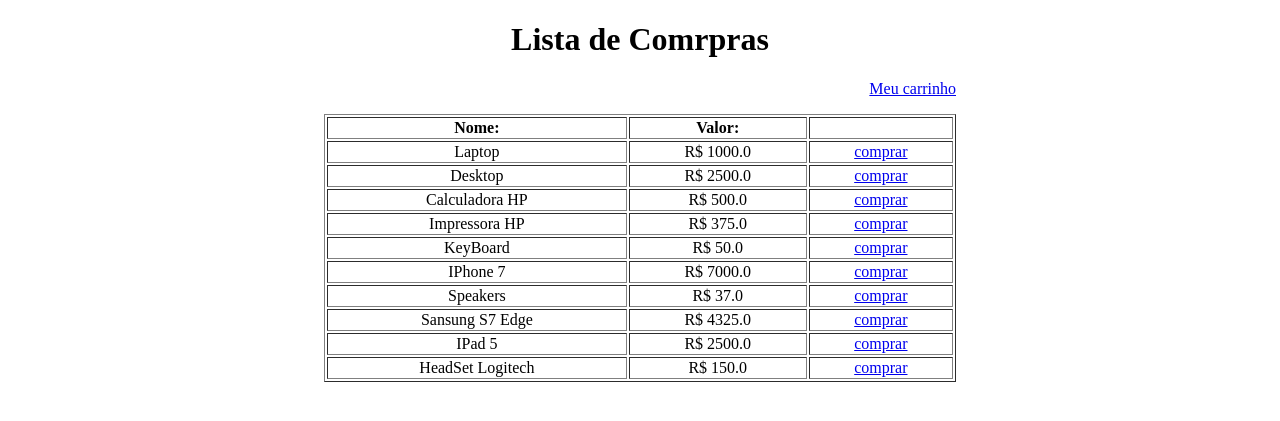
Repository: yoda4ever/playground
Page: http://localhost/CarrinhoDeCompras/Listar
An editor plug-in stored every save of this project. The page is shown before and after the next save, followed by the edit.
The browser window is 1280 px wide. The pictures show the whole page.
The page is served by Tomcat 9.

Above is the page before, as saved 2017-05-06 11:48:00.

After the next save:
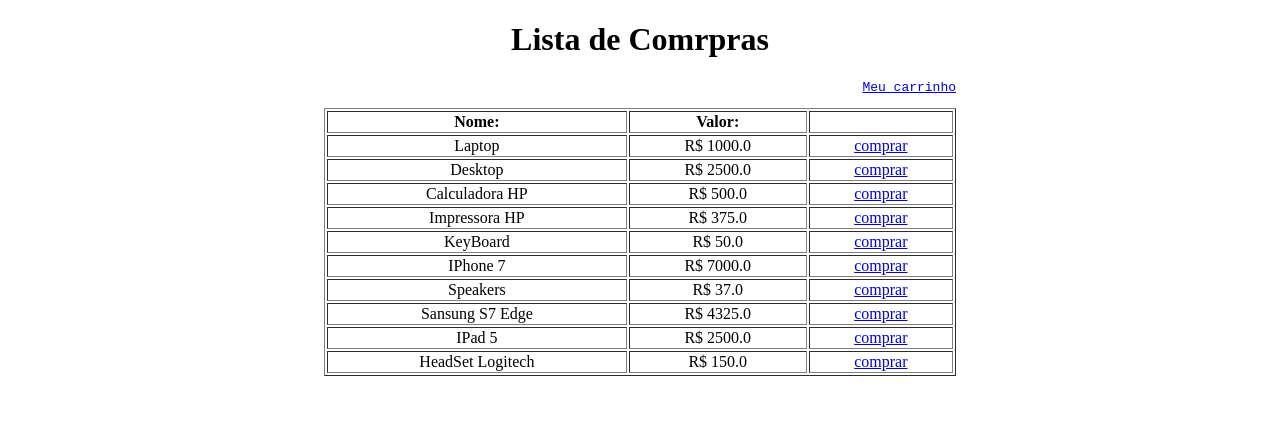
Saved 71 s later.
--- a/CarrinhoDeCompras/WebContent/produto.jsp
+++ b/CarrinhoDeCompras/WebContent/produto.jsp
@@ -19,7 +19,7 @@
 	<center><h1><strong>Lista de Comrpras</strong></h1></center>
 
 	<div style="text-align: right; margin-right: 25%;">
-		<p style="font-family:sas-serif;">
+		<p style="font-family:monospace;">
 			<a href="/Carrinho">Meu carrinho</a>
 		</p>
 	</div>
